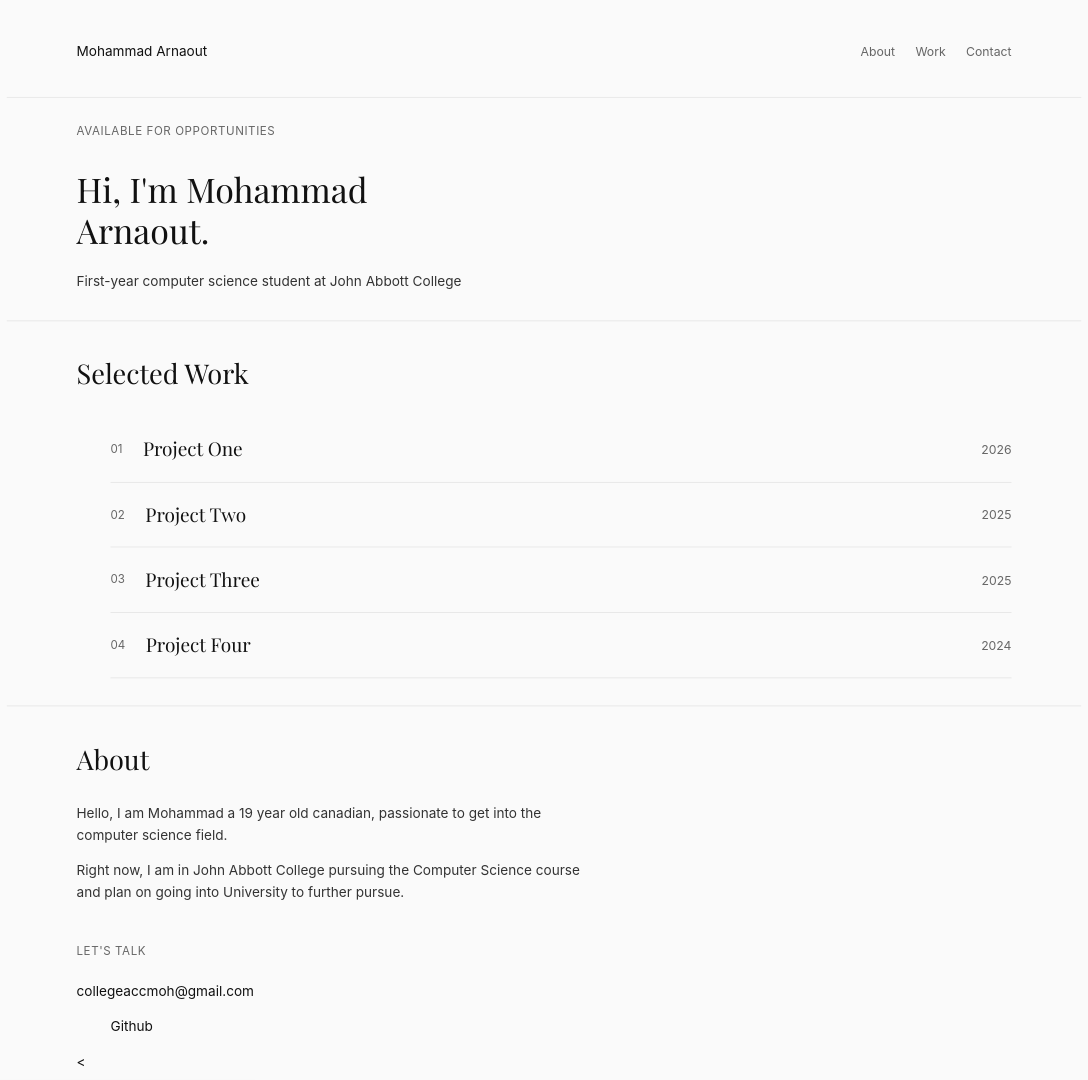
Repository: Moh-Arna/Moh-Arna
Page: index.html
These files come from the project's save history. The page is drawn as it stood at one moment and after the next save; the edit follows.
The browser window is 1280 px wide. The pictures show the whole page, at 85% of full size.
Some web fonts or font styles are not loaded; a fallback is used.

Above is the page before, as saved 2026-04-22 10:39:54.

### index.html
<!DOCTYPE html>
<html lang=""en>
<head>
  <meta charset="UTF-8">
  <meta name="viewport" content="width=device-width, initial-scale=1.0">
  <title>[Mohammad Arnaout] — Portfolio</title>

  <link rel="stylesheet" href="styles/globals.css">
  <link rel="stylesheet" href="styles/index.css">
</head>

<body>

    <header class="header">

    <div class="container header-inner">

        <a href="/" class="name">Mohammad Arnaout</a>

        <nav aria-label="Main Navigation">

            <ul class="nav">

                <li>
                    <a href="#about">About</a>
                </li>

                <li>
                    <a href="#work">Work</a>
                </li>

                <li>
                    <a href="#contact">Contact</a>
                </li>

            </ul>

        </nav>

    </div>

</header>

<main>

    <section class="hero">

        <div class="container">
            <p class="top-paragraph">Available for opportunities</p>
            <h1>Hi, I'm Mohammad Arnaout.</h1>
            <p class="bottom-paragraph">First-year computer science student at John Abbott College</p>
        </div>

    </section>

    <section class="work">

      <div class="container">

        <h2 class="section-title">Selected Work</h2>

        <ol class="work-list">

          <li>
            <a href="project-details.html" class="work-item">
              <span class="work-number">01</span>
              <span class="work-title">Project One</span>
              <span class="work-year">2026</span>
            </a>
          </li>

          <li>
            <a href="project-details.html" class="work-item">
              <span class="work-number">02</span>
              <span class="work-title">Project Two</span>
              <span class="work-year">2025</span>
            </a>
          </li>

          <li>
            <a href="project-details.html" class="work-item">
              <span class="work-number">03</span>
              <span class="work-title">Project Three</span>
              <span class="work-year">2025</span>
            </a>
          </li>

          <li>
            <a href="project-details.html" class="work-item">
              <span class="work-number">04</span>
              <span class="work-title">Project Four</span>
              <span class="work-year">2024</span>
            </a>
          </li>

        </ol>

      </div>

    </section>

    <section class="about">

        <div class="container">

            <h2 class="section-title">About</h2>

            <p>
                Hello, I am Mohammad a 19 year old canadian, passionate to get into the computer science field.
            </p>

            <p>
                Right now, I am in John Abbott College pursuing the Computer Science course and plan on going into University to further pursue.
            </p>

        </div>

    </section>


</main>

</body>

<footer class="footer">

    <div class="container">

        <p class="top-paragraph">Let's talk</p>

        <a href="mailto:collegeaccmoh@gmail.com" class="email">collegeaccmoh@gmail.com</a>

        <ul class="socials">

            <li>
                <a href="https://github.com/Moh-Arna" target="_blank">Github</a>
            </li>

        </ul>

        <

    </div>

</footer>

</html>

### styles/globals.css
@font-face {
  font-family: 'Playfair Display';
  src: url('../assets/fonts/Playfair_Display/PlayfairDisplay-VariableFont_wght.ttf') format('woff2');
  font-weight: 400;
  font-style: normal;
  font-display: swap;
}

@font-face {
  font-family: 'Playfair Display';
  src: url('../assets/fonts/Playfair_Display/PlayfairDisplay-Italic-VariableFont_wght.ttf') format('woff2');
  font-weight: 400;
  font-style: italic;
  font-display: swap;
}

@font-face {
  font-family: 'Inter';
  src: url('../assets/fonts/Inter/Inter-VariableFont_opsz\,wght.ttf') format('woff2');
  font-weight: 400;
  font-style: normal;
  font-display: swap;
}

@font-face {
  font-family: 'Inter';
  src: url('../assets/fonts/Inter/Inter-Italic-VariableFont_opsz\,wght.ttf') format('woff2');
  font-weight: 500;
  font-style: normal;
  font-display: swap;
}

:root{
    --bg:#fafafa;
    --text: #111;
    --muted: #666;
    --border: #e5e5e5;
}

body{
    font-family: 'Inter', sans-serif;
    background-color: var(--bg);
    color: var(--text);
    line-height: 1.6;
}

a{
  color: inherit;
  text-decoration: none;
}

h1, h2, h3{
    font-family: 'PlayFair Display', serif;
    font-weight: 400;
    line-height: 1.2;
}

ul, ol{
  list-style: none;
}

.container{
    max-width: 1100px;
    margin: 0 auto;
    padding: 0 1.5rem;
}

### styles/index.css
.header{
    padding: 1.5rem 0;
    border-bottom: 1px solid var(--border);
}

.header-inner{
    display: flex;
    justify-content: space-between;
    align-items: center;
}

.nav{
    display: flex;
    gap: 1.5rem;
}

.nav a{
    color: var(--muted);
    font-size: 0.9rem;
}

.nav a:hover{
    color: var(--text);
}


.hero {
    padding: 1rem 0.5rem;
}

.top-paragraph{
    font-size: 0.85rem;
    color: var(--muted);
    text-transform: uppercase;
    letter-spacing: 0.05em;
    margin-bottom: 1.5rem;
}

.hero h1{
    font-size: 2.5rem;
    margin-bottom: 1.5rem;
    max-width: 18ch;
}

.bottom-paragraph{
    color: #333;
    max-width: 50ch;
}

.work{
    padding: 1rem 0;
    border-top: 1px solid var(--border);
}

.section-title{
    font-size: 2rem;
    margin-bottom: 2rem;
}

.work-list li{
    border-bottom: 1px solid var(--border);
}

.work-item{
    display: flex;
    align-items: center;
    gap: 1.5rem;
    padding: 1.25rem 0;
    transition: padding 0.2s;
}

.work-item:hover{
    padding-left: 0.5rem;
}

.work-number{
    color: var(--muted);
    font-size: 0.85rem;
}

.work-title{
    font-family: 'Playfair Display', serif;
    font-size: 1.4rem;
    flex: 1;
}

.work-year{
    color: var(--muted);
    font-size: 0.9rem;
}

.about{
    padding: 1rem 0;
    border-top: 1px solid var(--border);
}

.about p{
    max-width: 60ch;
    margin-bottom: 1rem;
    color:#333;
}

After the next save:
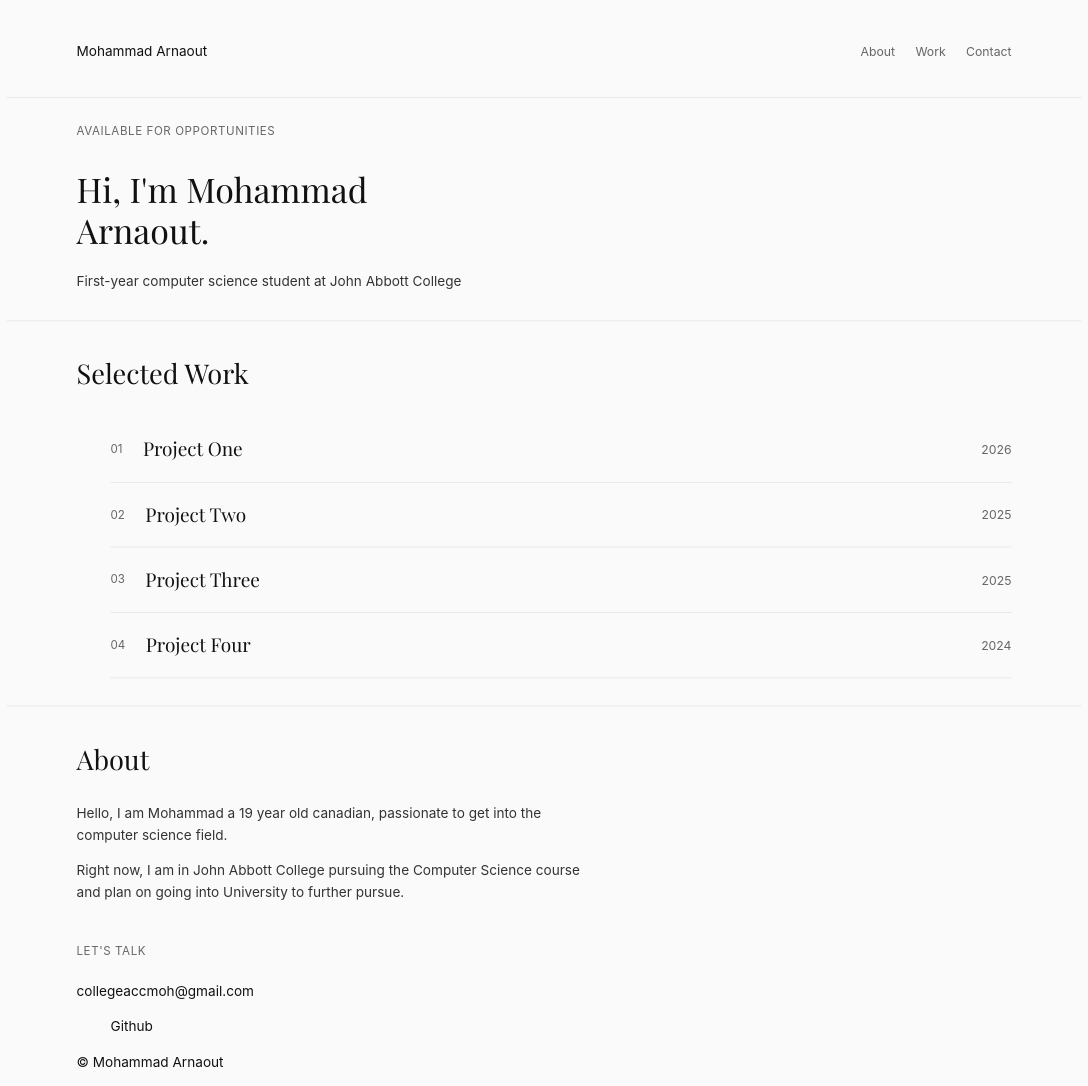
Saved 5 min 45 s later.
--- a/index.html
+++ b/index.html
@@ -138,7 +138,7 @@
 
         </ul>
 
-        <
+        <p class="copyright">© Mohammad Arnaout</p>
 
     </div>
 
